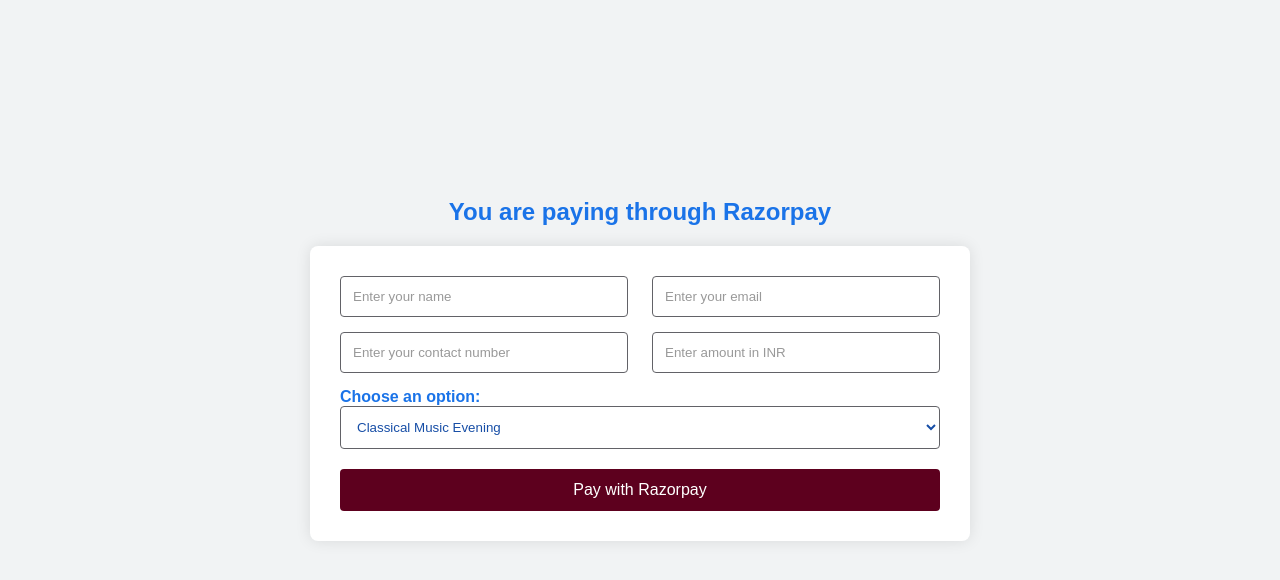
Repository: SharonSebastian32/razorpaypaymentgateway_implementation
Page: bookEventpage.html
An editor plug-in stored every save of this project. The page is shown before and after the next save, followed by the edit.
The browser window is 1280 px wide. The pictures show the whole page.

Above is the page before, as saved 2024-08-09 07:15:44.

After the next save:
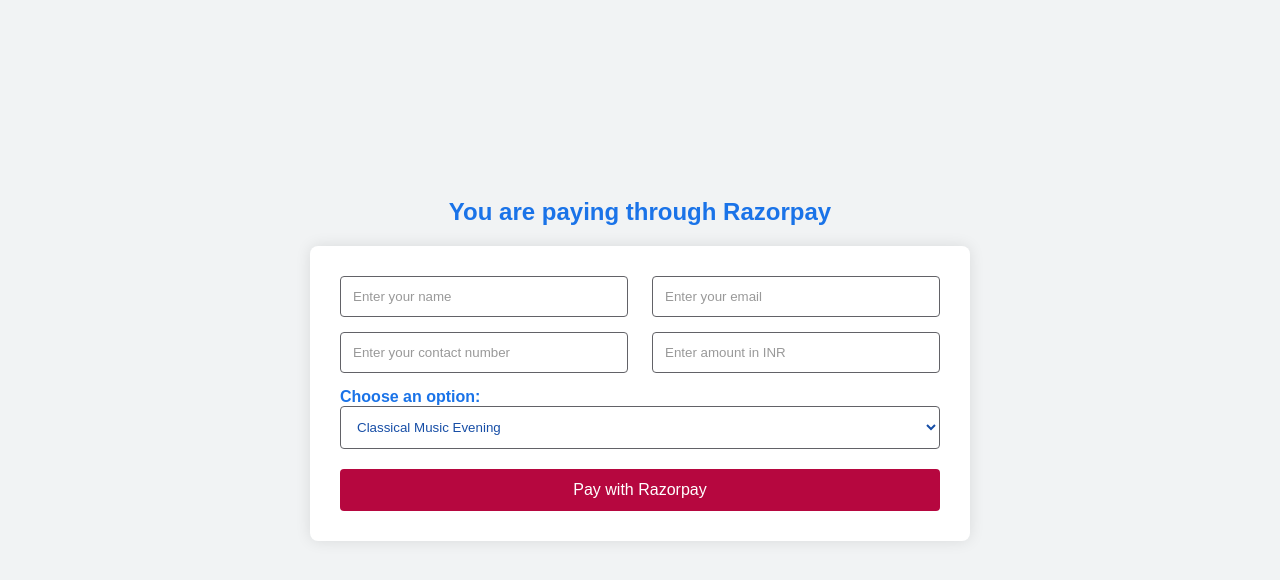
Saved 8 s later.
--- a/bookEventpage.html
+++ b/bookEventpage.html
@@ -80,7 +80,7 @@
       #rzp-button1 {
         width: 100%;
         padding: 12px;
-        background-color: #5d001e;
+        background-color: #b6073f;
         color: var(--white);
         border: none;
         border-radius: 4px;
